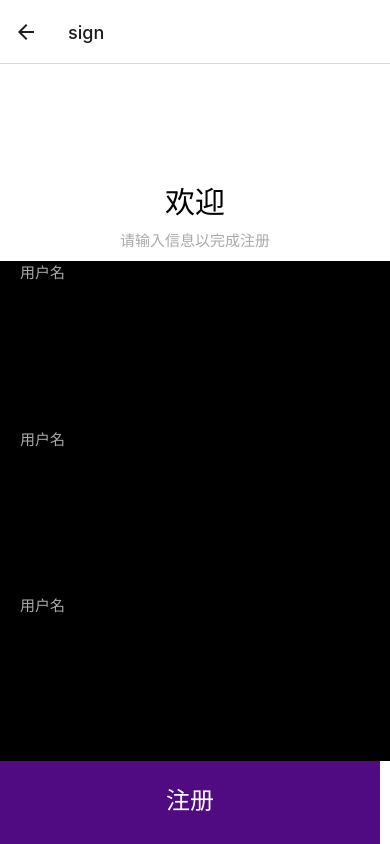
Repository: eyebone/barManager
Page: /sign
The author's editor kept a copy of each file at every save. The page is drawn from the files as they stood at one save, then again after the next save.
The browser window is 390 px wide. The pictures show the whole page.
The app was drawn by React Native's web renderer in a window 390 px wide. The project was rebuilt for these pictures with package versions that can differ from the ones it lists, and the page was loaded fresh each time. Also part of the build but not shown: components/EmojiPicker.js, components/Button.js, components/ImageViewer.js, components/circleButton.js, components/IconButton.js, view/ViewOne.js.

Above is the page before, as saved 2023-06-26 10:25:03.

### App.js
// In App.js in a new project

import * as React from 'react';
import { Button, View, Text } from 'react-native';
import { NavigationContainer } from '@react-navigation/native';
import { createNativeStackNavigator } from '@react-navigation/native-stack';
import { ViewOne } from './view/ViewOne';
import { SignView } from './view/Sign';
//
function HomeScreen({ navigation }) {
  return (
    <View style={{ flex: 1, alignItems: 'center', justifyContent: 'center' }}>
      <Text>Home Screen</Text>
      <Button
        title="Go to Details"
        onPress={() => navigation.navigate('test')}
      />
      <Button
              title="Go to Sign"
              onPress={() => navigation.navigate('sign')}
            />
    </View>
  );
}

function DetailsScreen() {
  return (
    <View style={{ flex: 1, alignItems: 'center', justifyContent: 'center' }}>
      <Text>Details Screen</Text>
    </View>
  );
}

const Stack = createNativeStackNavigator();

function App() {
  return (
    <NavigationContainer>
      <Stack.Navigator>
        <Stack.Screen name="Home"
        component={HomeScreen} />
         <Stack.Screen name="test"
          component={ViewOne} />
          <Stack.Screen name="sign"
                    component={SignView} />
        </Stack.Navigator>
    </NavigationContainer>
  );
}

export default App;

### view/Sign.js
import { StatusBar } from "expo-status-bar";
import { StyleSheet, View, Text } from "react-native";
import Button from "../components/Button";
import ImageViewer from "../components/ImageViewer";
import * as ImagePicker from "expo-image-picker";
import { useState } from "react";
const PlaceholderImage = require("../assets/images/background-image.png");
import * as React from "react";
import {
  FlatList,
  Image,
  Platform,
  Pressable,
  PixelRatio,
  TextInput,
} from "react-native";

//import {Text } from 'react-native';

export function SignView() {
  return (
    <View style={styles.container}>
      {/* <Image source={require("../assets/bar/Back.png")} /> */}
      <View style={styles.welcomeContainer}>
        <Text style={styles.welcomeText} numberOfLines={1}>
          欢迎
        </Text>
        <Text style={styles.infoText}>请输入信息以完成注册</Text>
      </View>
      <View style={styles.inputBar}>
        <Text style={styles.smallText}>用户名</Text>
        <TextInput
          style={styles.input}
          placeholder="请输入用户名"
          //          onChangeText={onChange}
        />
      </View>
      <View style={styles.inputBar}>
        <Text style={styles.smallText}>用户名</Text>
        <TextInput
          style={styles.input}
          placeholder="请输入用户名"
          //          onChangeText={onChange}
        />
      </View>
      <View style={styles.inputBar}>
        <Text style={styles.smallText}>用户名</Text>
        <TextInput
          style={styles.input}
          placeholder="请输入用户名"
          //          onChangeText={onChange}
        />
      </View>
      <View style={styles.footerContainer}>
        <Text style={styles.regText}>注册</Text>
      </View>
    </View>
  );
}

const styles = StyleSheet.create({
  container: {
    flex: 1,
    flexDirection: "column",
    backgroundColor: "#fff",
    //    alignItems: 'center',
  },
  welcomeContainer: {
    flex: 1,
    backgroundColor: "#fff",
    alignItems: "center",
    marginTop: 114,
    height: 60,
  },
  welcomeText: {
    fontSize: PixelRatio.getFontScale() * 30,
    //    fontFamily: STKaiti,
  },
  infoText: {
    color: "#aaa",
    fontSize: PixelRatio.getFontScale() * 15,
    lineHeight: 38,
  },
  imageContainer: {
    flex: 1,
    paddingTop: 58,
  },
  smallText: {
    fontSize: PixelRatio.getFontScale() * 15,
    color: "#aaa",
    marginLeft: 20,
  },
  footerContainer: {
    flex: 1,
    alignItems: "center",
    backgroundColor: "#500B82",
    width: 380,
    height: 57,
    bottom: 0,
    //      marginTop: 600,
    //      paddingTop: 737,
  },
  inputBar: {
    flex: 2,
    backgroundColor: "#000000",
    //      height: 57,
    //      lineHeight: 40,
  },
  regText: {
    fontSize: PixelRatio.getFontScale() * 24,
    color: "#fff",
    margin: 20,
  },
  input: {
    height: 40,
    margin: 12,
    borderWidth: 1,
    padding: 10,
    width: 300,
  },
});

After the next save:
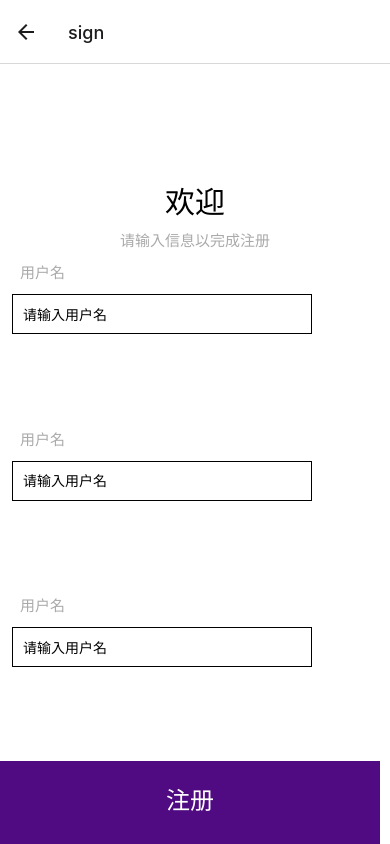
Saved 5 s later.
--- a/view/Sign.js
+++ b/view/Sign.js
@@ -102,7 +102,7 @@ const styles = StyleSheet.create({
   },
   inputBar: {
     flex: 2,
-    backgroundColor: "#000000",
+
     //      height: 57,
     //      lineHeight: 40,
   },
